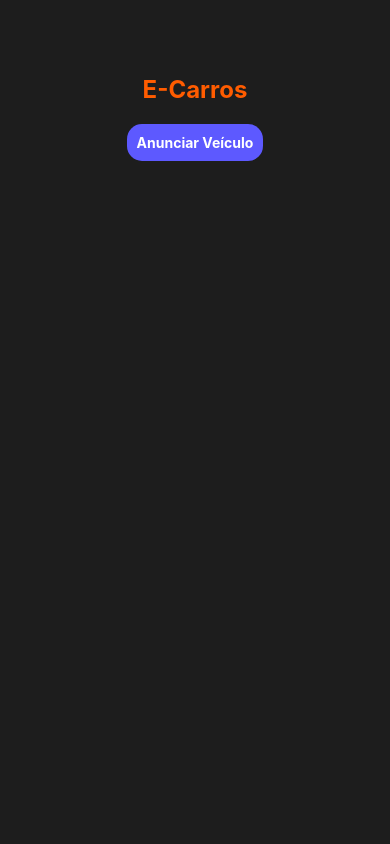
Repository: Matheus904-12/OpenAI---1
Screen: / (app in E-CARROS/)
These files come from the project's save history. The screen is drawn as it stood at one moment and after the next save; the edit follows.
The app was drawn by React Native's web renderer in a window 390 px wide. The project was rebuilt for these pictures with package versions that can differ from the ones it lists, and the page was loaded fresh each time.

Above is the screen before, as saved 2024-04-24 20:37:56.

After the next save:
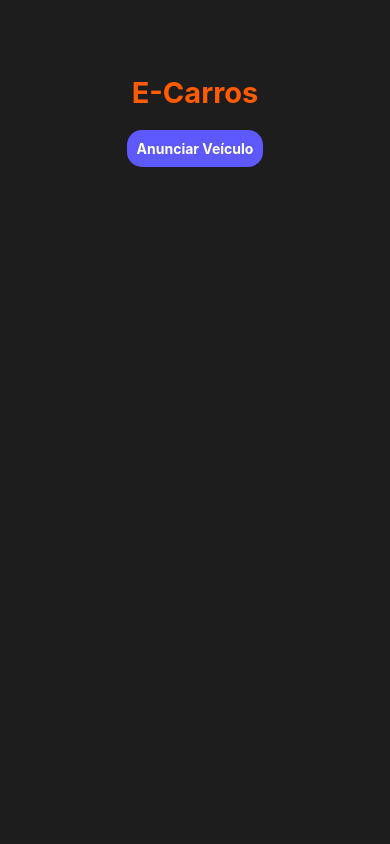
Saved 21 s later.
--- a/E-CARROS/App.tsx
+++ b/E-CARROS/App.tsx
@@ -168,7 +168,7 @@ const styles = StyleSheet.create({
     paddingTop: 40,
   },
   header: {
-    fontSize: 24,
+    fontSize: 29,
     fontWeight: 'bold',
     marginBottom: 20,
     color: '#FF5C00',
